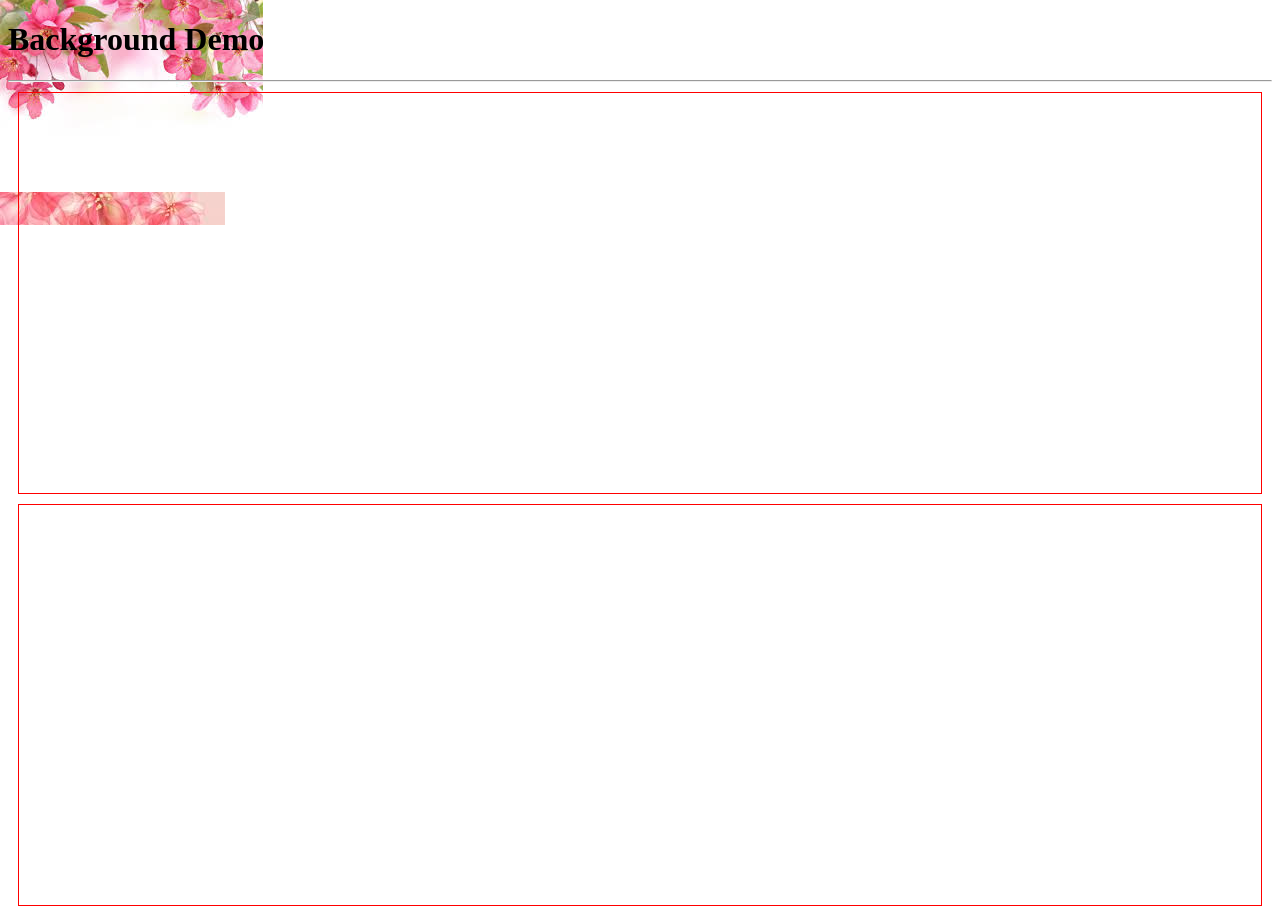
Repository: abhishekj720/HSBCLearn
Page: gagan/JEE/HtmlCssDemo/WebContent/Demos/BackgroundDemo.html
The author's editor kept a copy of each file at every save. The page is drawn from the files as they stood at one save, then again after the next save.
The browser window is 1280 px wide. The pictures show the whole page.
Backgrounds fixed to the window are drawn as part of the page.

Above is the page before, as saved 2019-07-30 05:05:27.

After the next save:
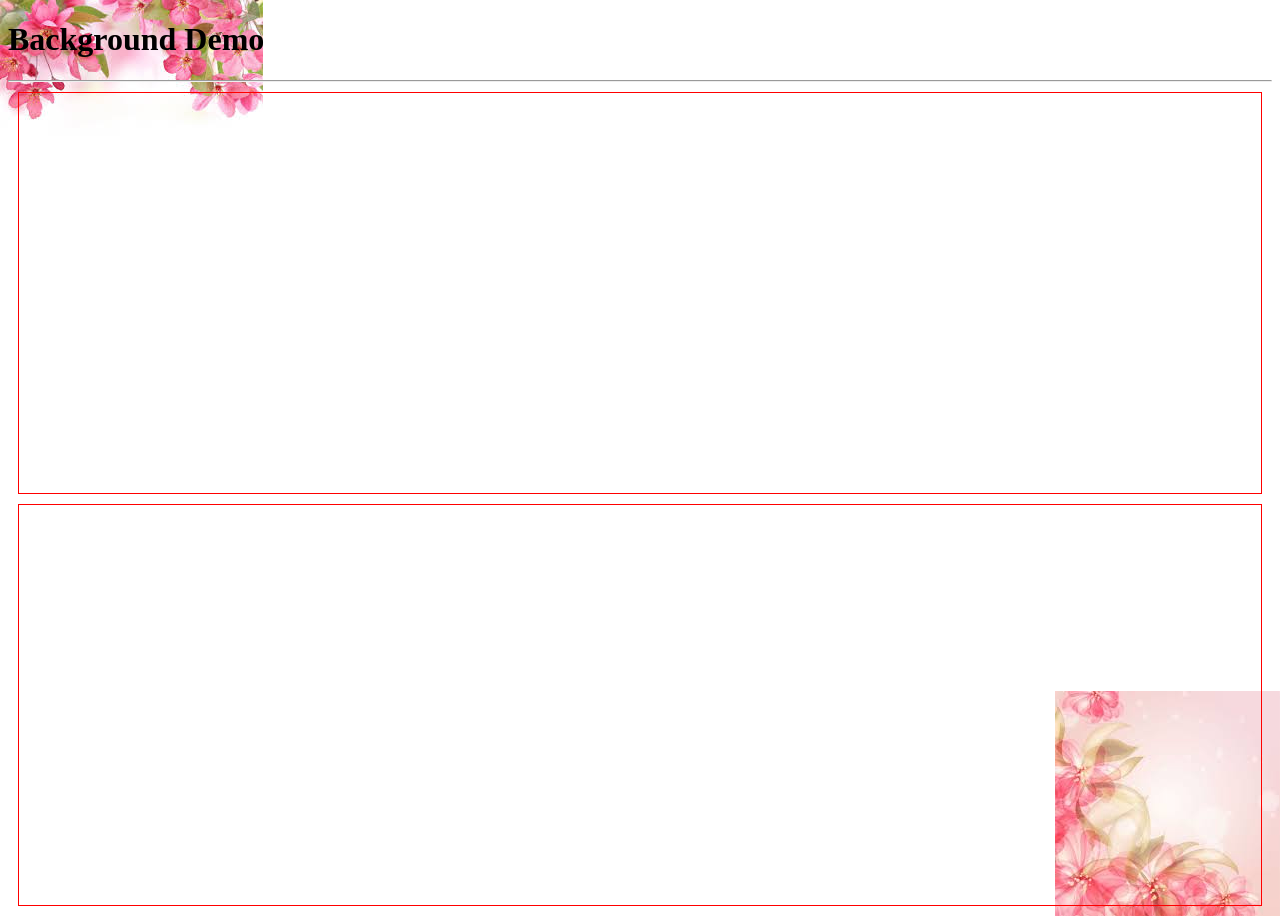
Saved 37 s later.
--- a/gagan/JEE/HtmlCssDemo/WebContent/Demos/BackgroundDemo.html
+++ b/gagan/JEE/HtmlCssDemo/WebContent/Demos/BackgroundDemo.html
@@ -9,7 +9,8 @@
 		background-image: url('../images/bg1.jpg'), url('../images/bg2.jpg');
 		background-repeat : no-repeat no-repeat   ;
 /*		background-position: center; */
-		background-attachment: top left, bottom right;
+		background-position: top left, bottom right;
+		background-attachment:  fixed;
 
 	}
 
